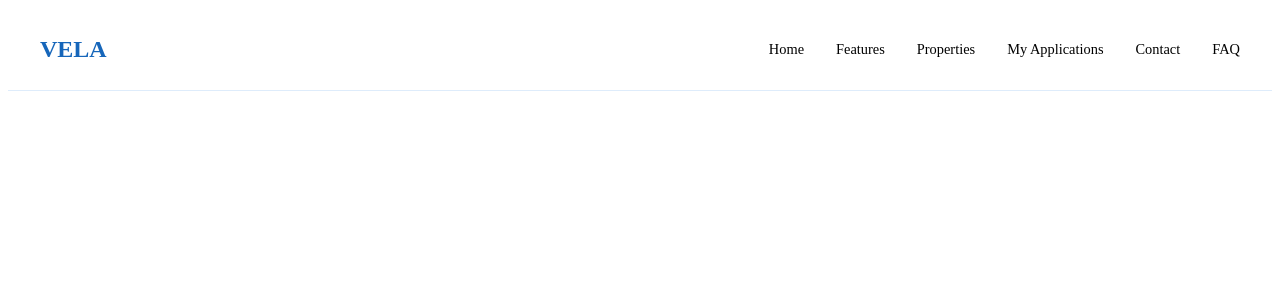
Repository: rizzerk/vela
Page: includes/navbar/navbarOUT.html
These files come from the project's save history. The page is drawn as it stood at one moment and after the next save; the edit follows.
The browser window is 1280 px wide. The pictures show the whole page.

Above is the page before, as saved 2025-07-17 13:02:40.

After the next save:
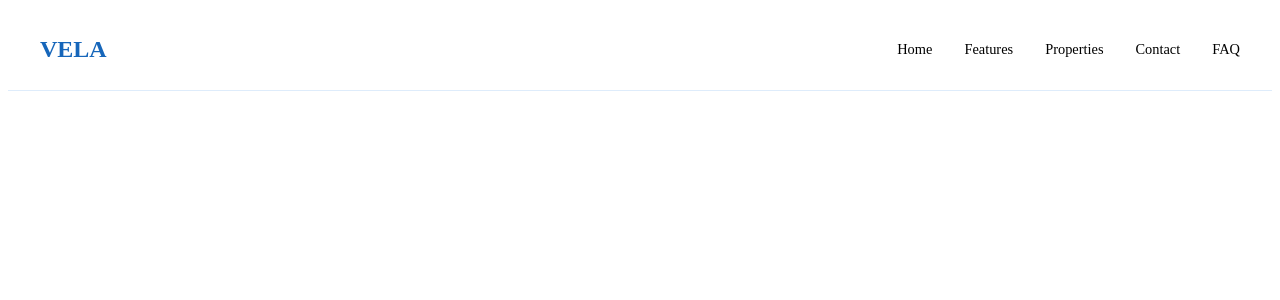
Saved 9 min 34 s later.
--- a/includes/navbar/navbarOUT.html
+++ b/includes/navbar/navbarOUT.html
@@ -89,7 +89,6 @@
         <li><a href="index.php" class="nav-link active">Home</a></li>
         <li><a href="#features" class="nav-link">Features</a></li>
         <li><a href="#properties" class="nav-link">Properties</a></li>
-        <li><a href="my-applications.php">My Applications</a></li>
         <li><a href="#contact" class="nav-link">Contact</a></li>
         <li><a href="#faqs" class="nav-link">FAQ</a></li>
     </ul>
